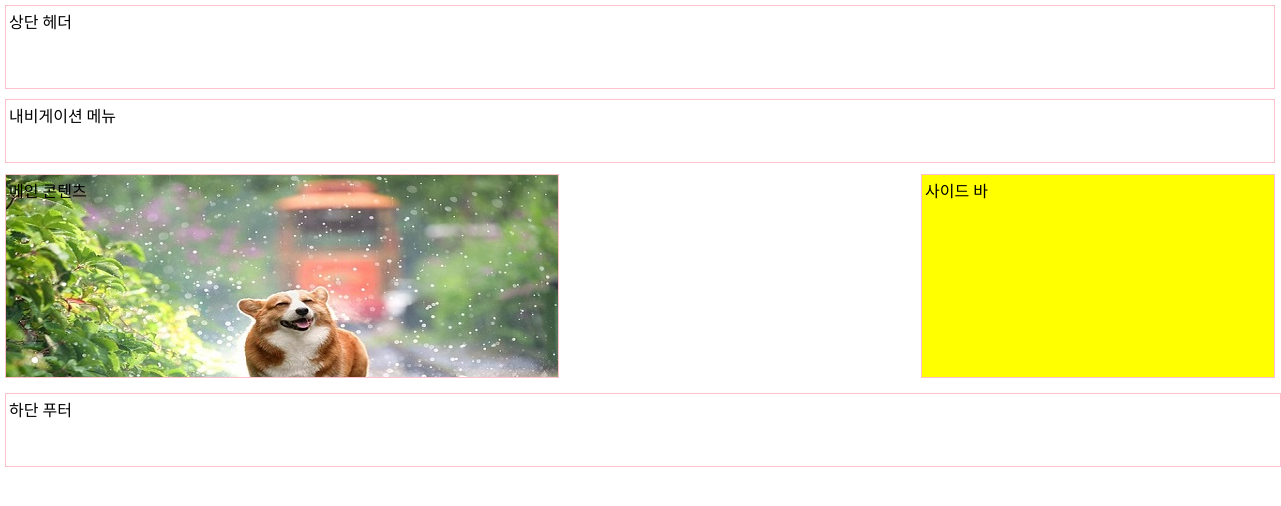
Repository: woosungtae/html_css
Page: pro01/public/woosungtae_1.html
The author's editor kept a copy of each file at every save. The page is drawn from the files as they stood at one save, then again after the next save.
The browser window is 1280 px wide. The page is 1281 px wide, then 1280 px, so the pictures cover 1281 px, including what lies to the right of the window. The pictures show the whole page.

Above is the page before, as saved 2022-12-14 05:50:04.

### pro01/public/woosungtae_1.html
<!DOCTYPE html>
<html lang="ko">
<head>
    <meta charset="UTF-8">
    <title>1번 시험</title>
    <style>
    *{
      padding:1px;
      margin:1px;
    }
        header {
            border : 1px solid pink;
            height: 80px;
            margin-bottom: 10px;
        }
        nav {
            border : 1px solid pink;
            height: 60px;
            margin-bottom: 10px;
        }
        section {
            border: 1px solid pink;
            height: 200px;
            width: 550px;
            float: left;
            margin-right: 20px;
            margin-bottom: 10px;
            background: url(images/dog.jpg) no-repeat;
        }

        aside {
            border: 1px solid pink;
            height: 200px;
            width: 350px;
            float: right;
            background-color: yellow;
        }
        footer {
            clear: both;
            border: 1px solid pink;
            height: 70px;
            width: 100%;
            margin-top: 230px;
        }
    </style>
</head>
<body>
    <header>
        <div>상단 헤더</div>
    </header>
    <nav>
        <div>내비게이션 메뉴</div>
    </nav>
        <section>
            <div>메인 콘텐츠</div>
        </section>
        <aside>
            <div>사이드 바</div>
        </aside>
        <footer>
            <div>하단 푸터</div>
        </footer>
</body>
</html>

After the next save:
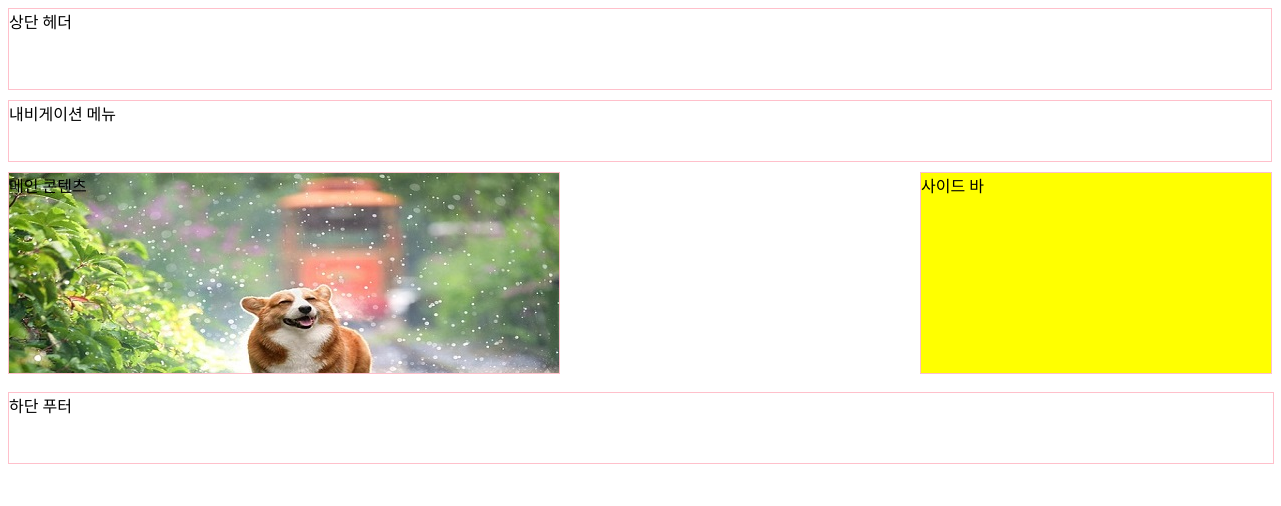
Saved 11 s later.
--- a/pro01/public/woosungtae_1.html
+++ b/pro01/public/woosungtae_1.html
@@ -5,8 +5,8 @@
     <title>1번 시험</title>
     <style>
     *{
-      padding:1px;
-      margin:1px;
+      padding:1;
+      margin:1;
     }
         header {
             border : 1px solid pink;
